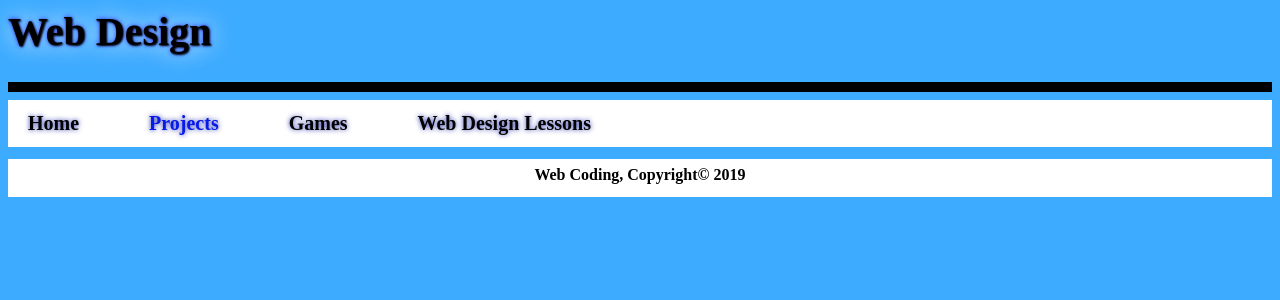
Repository: raidrn/raidrn.github.io
Page: web.html
The author's editor kept a record of every edit. The page is drawn from the files as they stood at one moment, then again after the next edit.
The browser window is 1280 px wide. The pictures show the whole page.

Above is the page before.

### web.html
<html>
<head>
        <title>Projects</title>
        <link rel="stylesheet" href="/styles/style.css">

        <link rel="stylesheet" type="text/css" href="style.css">

        <link rel="shortcut icon" href="https://codehs.com/uploads/91969211844749ea05a8364258afeb34">
        <!Comment "Website Favicon">
</head>

<body>

    <h1 style="color:#000000; font-size:250%;"><b>Web Design</b></h1>
    <hr class="thick">

    <header>
        <div>
            <nav><!Comment "The Navigation Bar">
                <ul>

                    <li><a href="index.html">Home</a></li>
                    <li><a class="turon" href="projects.html">Projects</a></li>
                    <li><a href="gamer.html">Games</a></li>
                    <li><a href="web.html">Web Design Lessons</a></li>

                </ul>
            </nav>
        </div>
    </header>

    <!Comment "Each Project With Boxes leading to repl.it.">

</body>

<footer>
    <div class="copyright">
        <nav>
                <p>Web Coding, Copyright© 2019</p>
        </nav>
    </div>
</footer>
</html>

### style.css
body{
    background-color:#3dabff;
}

h1{
     text-shadow: 1px 1px 2px black, 0 0 25px white, 0 0 5px blue;
}

a{
      text-decoration:none;
    }

.thick{
    border:5px solid black;
}

nav li{
    display:inline-block;
    float:left;
    color:#000000;
    padding:12px 20px;
    padding-right:50px;
}
nav a{
    font-size:20px;
    color:#000000;
    font-family:cursive;
    font-weight:bold;
    text-shadow:0 0 5px #2732ab;
}
nav ul{
    padding-left:30;
    margin:0;
    padding:0;
    overflow:hidden;
    list-style-type:none;
    background-color:white;
}

li:hover{
      background-color:#1c60e8;
      font-weight:bold;
}
li:active{
    color:#000000; text-decoration:underline;
}

.turon{
    color:#071ae8;
}

.project {
    background-color: #80b9ff;
	font-size:100%;
	padding: 1%;
	width: 250px;
	height: 270px;
	float: left;
	border-radius: 10px;
    margin-right:4.8%;
	margin-top:1%;
	margin-bottom:1%;

}
.project a{
    color:#3b55eb;
    text-decoration:none;
    font-weight:bold;
    font-family:cursive;
}
.project img{
    width:85%;
}

.project a:hover{
    font-size:120%;
}

.gamer{
    background-color: #80b9ff;
	font-size:100%;
	padding: 1%;
	width: 250px;
	height: 270px;
	float: left;
	border-radius: 10px;
    margin-right:4.8%;
	margin-top:1%;
	margin-bottom:1%;
}

.gamer a{
    color:black;
    text-decoration:none;
    font-weight:bold;
    font-family:cursive;
}
.gamer img{
    width:100%;
    margin-bottom:1%;
}

.gamer a:hover{
    font-size:120%;
    color:#002cf2;
}
.copyright p{
    background-color: white;
	font-size:100%;
	padding:.5%;
	width: 98.99%;
	height: 25px;
	float: left;
	margin-top:1%;
    text-align:center;
    font-weight:bold;
}
.webless{
    background-color: #3dabff;
	font-size:100%;
	padding: 1%;
	width: 250px;
	height: 270px;
	float: left;
	border-radius: 10px;
    margin-right:4.8%;
	margin-top:1%;
	margin-bottom:1%;
}

.webless a{
    color:#000000;
    text-decoration:none;
    font-weight:bold;
    font-family:cursive;
}

.webless img{
    width:85%;
}

.webless a:hover{
    width:120%;
}

After the next edit:
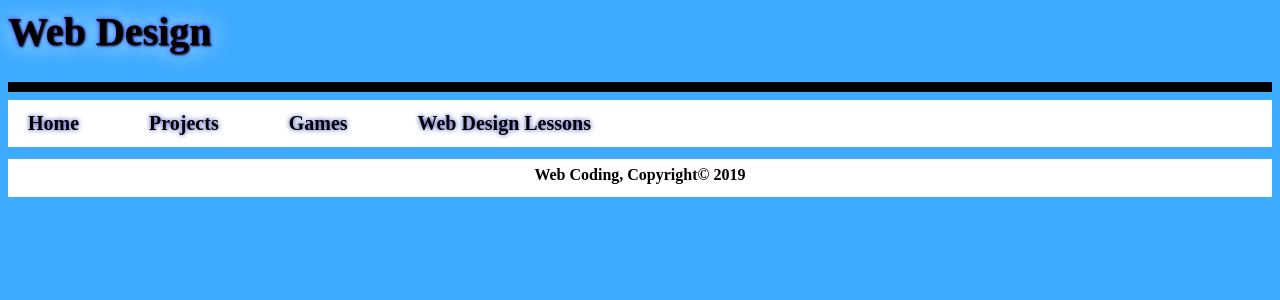
The edit:
--- a/web.html
+++ b/web.html
@@ -20,7 +20,7 @@
                 <ul>
 
                     <li><a href="index.html">Home</a></li>
-                    <li><a class="turon" href="projects.html">Projects</a></li>
+                    <li><a href="projects.html">Projects</a></li>
                     <li><a href="gamer.html">Games</a></li>
                     <li><a href="web.html">Web Design Lessons</a></li>
 
